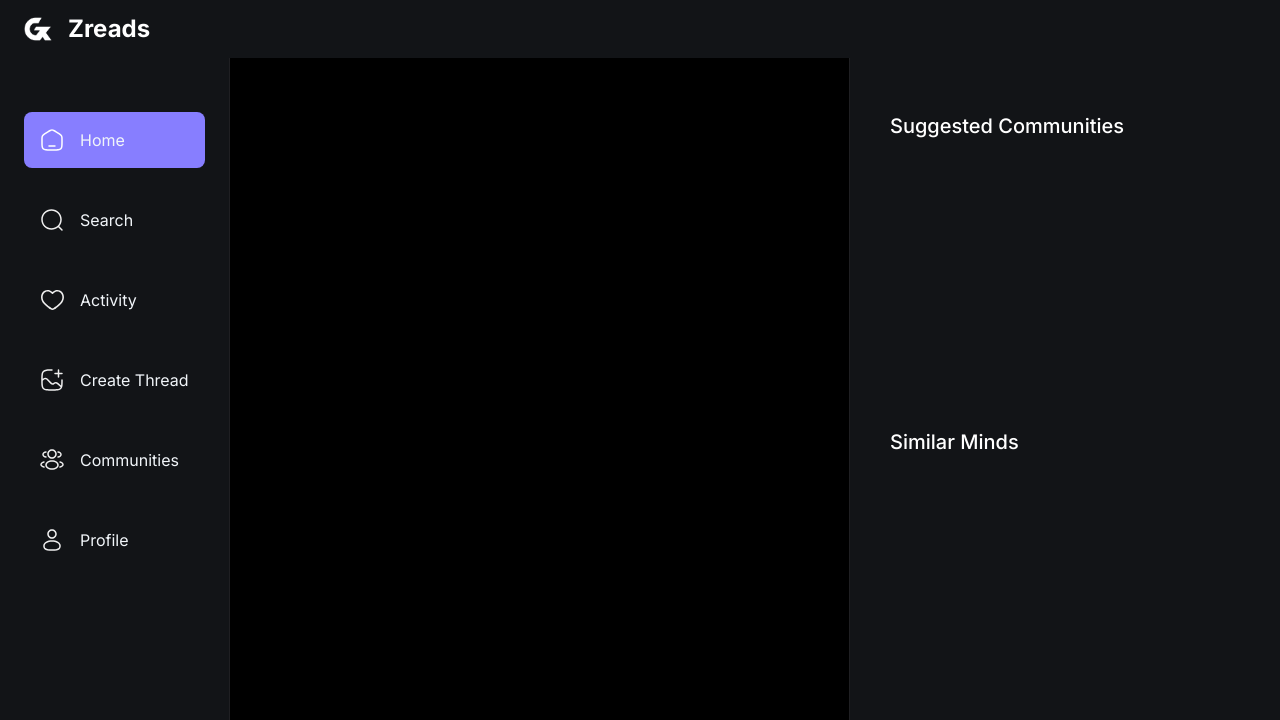
Repository: zecht12/zreads
Page: /
An editor plug-in stored every save of this project. The page is shown before and after the next save, followed by the edit.
The browser window is 1280 px wide. The pictures show the whole page.
The page's requests for data from a server got no answer. The project was rebuilt for these pictures with package versions that can differ from the ones it lists, and the page was loaded fresh each time. Some packages were replaced by stand-ins written for this rebuild. The framework's server and built-in components were replaced by stand-ins that run in the browser. No one was signed in, and anything a server would have sent is missing. Also part of the build but not shown: next.config.js, lib/utils.ts, components/forms/DeleteThread.tsx, components/cards/ThreadCard.tsx, components/ui/button.tsx, components/shared/Pagination.tsx.

Above is the page before, as saved 2023-09-27 20:02:40.

### app/layout.tsx
import './globals.css'
import type { Metadata } from 'next'
import { Inter } from 'next/font/google'

const inter = Inter({ subsets: ['latin'] })

export const metadata: Metadata = {
  title: 'Zreads',
  description: 'Makes day all out',
}

export default function RootLayout({
  children,
}: {
  children: React.ReactNode
}) {
  return (
    <html lang="en">
      <head>
        <link rel="icon"  href="/assets/logo.png" sizes="any" />
      </head>
      <body className={inter.className}>
        {children}
      </body>
    </html>
  )
}

### app/(root)/layout.tsx
import React from "react";
import type { Metadata } from "next";
import { Inter } from "next/font/google";
import { ClerkProvider } from "@clerk/nextjs";
import { dark } from "@clerk/themes";
import "../globals.css";
import Topbar from "@/components/shared/Topbar";
import Leftsidebar from "@/components/shared/Leftsidebar";
import Rightsidebar from "@/components/shared/Rightsidebar";
import Bottombar from "@/components/shared/Bottombar";
import Head from "next/head";
import Favicon from '../favicon.ico';

const inter = Inter({ subsets: ["latin"] });

export const metadata: Metadata = {
  title: "Zreads",
  description: "Make day all out",
  icons: {
    icon: '../favicon.ico',
  },
};

export default function RootLayout({children,}: {children: React.ReactNode;}) {
  return (
    <ClerkProvider appearance={{ baseTheme: dark, }}>
      <html lang='en'>
        <body className={inter.className}>
          <Topbar />
          <main className='flex flex-row'>
            <Leftsidebar />
            <section className='main-container'>
              <div className='w-full max-w-6xl'>
                {children}
              </div>
            </section>
            <Rightsidebar />
          </main>
          <Bottombar />
        </body>
      </html>
    </ClerkProvider>
  );
}

### app/(root)/page.tsx
import { currentUser } from "@clerk/nextjs";
import { redirect } from "next/navigation";

import ThreadCard from "@/components/cards/ThreadCard";
import Pagination from "@/components/shared/Pagination";

import { fetchPosts } from "@/lib/actions/thread.actions";
import { fetchUser } from "@/lib/actions/user.actions";

async function Home({
  searchParams,
}: {
  searchParams: { [key: string]: string | undefined };
}) {
  const user = await currentUser();
  if (!user) return null;

  const userInfo = await fetchUser(user.id);
  if (!userInfo?.onboarded) redirect("/onboarding");

  const result = await fetchPosts(
    searchParams.page ? +searchParams.page : 1,
    30
  );

  return (
    <>
      <h1 className='head-text text-left'>Home</h1>

      <section className='mt-9 flex flex-col gap-10'>
        {result.posts.length === 0 ? (
          <p className='no-result'>No threads found</p>
        ) : (
          <>
            {result.posts.map((post) => (
              <ThreadCard
                key={post._id}
                id={post._id}
                currentUserId={user.id}
                parentId={post.parentId}
                content={post.text}
                author={post.author}
                community={post.community}
                createdAt={post.createdAt}
                comments={post.children}
              />
            ))}
          </>
        )}
      </section>

      <Pagination
        path='/'
        pageNumber={searchParams?.page ? +searchParams.page : 1}
        isNext={result.isNext}
      />
    </>
  );
}

export default Home;

### app/globals.css
    @tailwind base;
    @tailwind components;
    @tailwind utilities;

    @layer components {
    .main-container {
        @apply flex min-h-screen flex-1 flex-col items-center bg-dark-1 px-6 pb-10 pt-28 max-md:pb-32 sm:px-10;
    }
    .head-text {
        @apply text-heading2-bold text-light-1;
    }
    .activity-card {
        @apply flex items-center gap-2 rounded-md bg-dark-2 px-7 py-4;
    }
    .no-result {
        @apply text-center !text-base-regular text-light-3;
    }
    .community-card {
        @apply w-full rounded-lg bg-dark-3 px-4 py-5 sm:w-96;
    }

    .community-card_btn {
        @apply rounded-lg bg-primary-500 px-5 py-1.5 text-small-regular !text-light-1 !important;
    }
    .thread-card_bar {
        @apply relative mt-2 w-0.5 grow rounded-full bg-neutral-800;
    }
    .user-card {
        @apply flex flex-col justify-between gap-4 max-xs:rounded-xl max-xs:bg-dark-3 max-xs:p-4 xs:flex-row xs:items-center;
    }
    .user-card_avatar {
        @apply flex flex-1 items-start justify-start gap-3 xs:items-center;
    }
    .user-card_btn {
        @apply h-auto min-w-[74px] rounded-lg bg-primary-500 text-[12px] text-light-1 !important;
    }
    .searchbar {
        @apply flex gap-1 rounded-lg bg-dark-3 px-4 py-2;
    }
    .searchbar_input {
        @apply border-none bg-dark-3 text-base-regular text-light-4 outline-none !important;
    }
    .topbar {
        @apply fixed top-0 z-30 flex w-full items-center justify-between bg-dark-2 px-6 py-3;
    }
    .bottombar {
        @apply fixed bottom-0 z-10 w-full rounded-t-3xl bg-glassmorphism p-4 backdrop-blur-lg xs:px-7 md:hidden;
    }
    .bottombar_container {
        @apply flex items-center justify-between gap-3 xs:gap-5;
    }
    .bottombar_link {
        @apply relative flex flex-col items-center gap-2 rounded-lg p-2 sm:flex-1 sm:px-2 sm:py-2.5;
    }
    .leftsidebar {
        @apply sticky left-0 top-0 z-20 flex h-screen w-fit flex-col justify-between overflow-auto border-r border-r-dark-4 bg-dark-2 pb-5 pt-28 max-md:hidden;
    }
    .leftsidebar_link {
        @apply relative flex justify-start gap-4 rounded-lg p-4;
    }
    .pagination {
        @apply mt-10 flex w-full items-center justify-center gap-5;
    }
    .rightsidebar {
        @apply sticky right-0 top-0 z-20 flex h-screen w-fit flex-col justify-between gap-12 overflow-auto border-l border-l-dark-4 bg-dark-2 px-10 pb-6 pt-28 max-xl:hidden;
    }
    }
    @layer utilities {
    .css-invert {
        @apply invert-[50%] brightness-200;
    }
    .custom-scrollbar::-webkit-scrollbar {
        width: 3px;
        height: 3px;
        border-radius: 2px;
    }
    .custom-scrollbar::-webkit-scrollbar-track {
        background: #09090a;
    }
    .custom-scrollbar::-webkit-scrollbar-thumb {
        background: #5c5c7b;
        border-radius: 50px;
    }
    .custom-scrollbar::-webkit-scrollbar-thumb:hover {
        background: #7878a3;
    }
    }
    .cl-organizationSwitcherTrigger .cl-userPreview .cl-userPreviewTextContainer {
    @apply max-sm:hidden;
    }
    .cl-organizationSwitcherTrigger
    .cl-organizationPreview
    .cl-organizationPreviewTextContainer {
    @apply max-sm:hidden;
    }
    .tab {
    @apply flex min-h-[50px] flex-1 items-center gap-3 bg-dark-2 text-light-2 data-[state=active]:bg-[#0e0e12] data-[state=active]:text-light-2 !important;
    }
    .no-focus {
    @apply focus-visible:ring-0 focus-visible:ring-transparent focus-visible:ring-offset-0 !important;
    }
    .account-form_image-label {
    @apply flex h-24 w-24 items-center justify-center rounded-full bg-dark-4 !important;
    }
    .account-form_image-input {
    @apply cursor-pointer border-none bg-transparent outline-none file:text-blue !important;
    }
    .account-form_input {
    @apply border border-dark-4 bg-dark-3 text-light-1 !important;
    }
    .comment-form {
    @apply mt-10 flex items-center gap-4 border-y border-y-dark-4 py-5 max-xs:flex-col !important;
    }
    .comment-form_btn {
    @apply rounded-3xl bg-primary-500 px-8 py-2 !text-small-regular text-light-1 max-xs:w-full !important;
    }

### components/shared/Topbar.tsx
import Image from 'next/image'
import Link from 'next/link'
import React from 'react'
import logo from '@/public/assets/logo.png'
import logout from '@/public/assets/logout.svg'
import { dark } from '@clerk/themes'
import { OrganizationSwitcher, SignOutButton, SignedIn } from '@clerk/nextjs'

export default function Topbar() {
    return (
        <nav className='topbar'>
            <div className='flex gap-4 items-center'>
                <Link href="" className='cursor-pointer'>
                    <Image src={logo} alt='Image' width={28} height={28} />
                </Link>
                <p className='text-heading3-bold text-light-1 max-xs:hidden'>Zreads</p>
            </div>
            <div className='flex items-center gap-1'>
                <div className='block md:hidden'>
                    <SignedIn>
                        <SignOutButton>
                            <div className='flex cursor-pointer'>
                                <Image src={logout} alt='logout' width={24} height={24} />
                            </div>
                        </SignOutButton>
                    </SignedIn>
                </div>
                <OrganizationSwitcher
                    appearance={{
                        baseTheme: dark,
                        elements: {
                        organizationSwitcherTrigger: "py-2 px-4",
                        },
                }}/>
            </div>
        </nav>
    )
}

### components/shared/Leftsidebar.tsx
"use client";

import React from 'react'
import { sidebarLinks } from '@/constants'
import Link from 'next/link'
import Image from 'next/image'
import { usePathname, useRouter } from 'next/navigation';
import { OrganizationSwitcher, SignOutButton, SignedIn } from '@clerk/nextjs'
import logout from '@/public/assets/logout.svg'

export default function Leftsidebar() {
    const router = useRouter()
    const pathname = usePathname()

    return (
        <section className='custom-scrollbar leftsidebar'>
            <div className='flex flex-1 flex-col gap-6 px-6 w-full'>
                {sidebarLinks.map((link) => {
                    const isActive = (pathname.includes (link.route) && link.route.length > 1) || pathname === link.route;
                    if (link.route === "/profile") {

                    }
                    return(
                        <Link href={link.route} key={link.label} className={`leftsidebar_link ${isActive && 'bg-primary-500'}`}>
                            <Image src={link.imgURL} alt={link.label} width={24} height={24} />
                            <p className='text-slate-100 max-lg:hidden'>{link.label}</p>
                        </Link>
                    )}
                )}
            </div>
            <div className='mt-10 px-6'>
                <SignedIn>
                    <SignOutButton signOutCallback={() => router.push('/sign-in')}>
                        <div className='flex cursor-pointer gap-4 p-4'>
                            <Image src={logout} alt='logout' width={24} height={24} />
                            <p className='text-light-2 max-lg:hidden'>Logout</p>
                        </div>
                    </SignOutButton>
                </SignedIn>
            </div>
        </section>
    )
}

### components/shared/Rightsidebar.tsx
import { currentUser } from "@clerk/nextjs";

async function RightSidebar() {

    return (
        <section className='custom-scrollbar rightsidebar'>
            <div className='flex flex-1 flex-col justify-start'>
                <h3 className='text-heading4-medium text-light-1'>
                Suggested Communities
                </h3>
                <div className='mt-7 flex w-[350px] flex-col gap-9'>
                </div>
            </div>
            <div className='flex flex-1 flex-col justify-start'>
                <h3 className='text-heading4-medium text-light-1'>Similar Minds</h3>
                <div className='mt-7 flex w-[350px] flex-col gap-10'>
                </div>
            </div>
        </section>
    );
}

export default RightSidebar;

### components/shared/Bottombar.tsx
"use client";

import Image from "next/image";
import Link from "next/link";
import { usePathname } from "next/navigation";

import { sidebarLinks } from "@/constants";

export default function Bottombar() {
    const pathname = usePathname();

    return (
        <section className='bottombar'>
            <div className='bottombar_container'>
                {sidebarLinks.map((link) => {
                    const isActive = (pathname.includes(link.route) && link.route.length > 1) || pathname === link.route;
                    return (
                        <Link href={link.route} key={link.label} className={`bottombar_link ${isActive && "bg-primary-500"}`}>
                            <Image src={link.imgURL} alt={link.label} width={16} height={16} className='object-contain'/>
                            <p className='text-subtle-medium text-light-1 max-sm:hidden'>
                                {link.label.split(/\s+/)[0]}
                            </p>
                        </Link>
                    );
                })}
            </div>
        </section>
    );
}

### lib/actions/user.actions.ts
"use server";

import { FilterQuery, SortOrder } from "mongoose";
import { revalidatePath } from "next/cache";
// import Community from "../models/community.model";
import Thread from "../models/thread.model";
import User from "../models/user.model";
import { connectToDB } from "../mongoose";

export async function fetchUser(userId: string) {
    try {
        connectToDB();

        return await User.findOne({ id: userId }).populate({
        path: "communities",
        // model: Community,
        });
    }
    catch (error: any) {
        throw new Error(`Failed to fetch user: ${error.message}`);
    }
    }

    interface Params {
    userId: string;
    username: string;
    name: string;
    bio: string;
    image: string;
    path: string;
    }

export async function updateUser({userId,bio,name,path,username,image,}: Params): Promise<void> {
    try {
        connectToDB();

        await User.findOneAndUpdate(
        { id: userId },
        {
            username: username.toLowerCase(),
            name,
            bio,
            image,
            onboarded: true,
        },
        { upsert: true }
        );

        if (path === "/profile/edit") {
        revalidatePath(path);
        }
    } catch (error: any) {
        throw new Error(`Failed to create/update user: ${error.message}`);
    }
    }

    export async function fetchUserPosts(userId: string) {
    try {
        connectToDB();
        const threads = await User.findOne({ id: userId }).populate({
        path: "threads",
        model: Thread,
        populate: [
            {
            path: "community",
            // model: Community,
            select: "name id image _id",
            },
            {
            path: "children",
            model: Thread,
            populate: {
                path: "author",
                model: User,
                select: "name image id",
            },
            },
        ],
        });
        return threads;
    } catch (error) {
        console.error("Error fetching user threads:", error);
        throw error;
    }
    }
    export async function fetchUsers({
    userId,
    searchString = "",
    pageNumber = 1,
    pageSize = 20,
    sortBy = "desc",
    }: {
    userId: string;
    searchString?: string;
    pageNumber?: number;
    pageSize?: number;
    sortBy?: SortOrder;
    }) {
    try {
        connectToDB();
        const skipAmount = (pageNumber - 1) * pageSize;
        const regex = new RegExp(searchString, "i");
        const query: FilterQuery<typeof User> = {
        id: { $ne: userId },
        };
        if (searchString.trim() !== "") {
        query.$or = [
            { username: { $regex: regex } },
            { name: { $regex: regex } },
        ];
        }
        const sortOptions = { createdAt: sortBy };
        const usersQuery = User.find(query)
        .sort(sortOptions)
        .skip(skipAmount)
        .limit(pageSize);
        const totalUsersCount = await User.countDocuments(query);
        const users = await usersQuery.exec();
        const isNext = totalUsersCount > skipAmount + users.length;
        return { users, isNext };
    } catch (error) {
        console.error("Error fetching users:", error);
        throw error;
    }
    }

    export async function getActivity(userId: string) {
    try {
        connectToDB();
        const userThreads = await Thread.find({ author: userId });
        const childThreadIds = userThreads.reduce((acc, userThread) => {
        return acc.concat(userThread.children);
        }, []);
        const replies = await Thread.find({
        _id: { $in: childThreadIds },
        author: { $ne: userId },
        }).populate({
        path: "author",
        model: User,
        select: "name image _id",
        });
        return replies;
    } catch (error) {
        console.error("Error fetching replies: ", error);
        throw error;
    }
}

### lib/mongoose.ts
import mongoose from "mongoose";

let isConnected = false;

export const connectToDB = async () => {
    mongoose.set("strictQuery", true);
    if (!process.env.MONGODB_URL) return console.log("Missing MongoDB URL");
    if (isConnected) {
        console.log("MongoDB connection already established");
        return;
    }
    try {
        await mongoose.connect(process.env.MONGODB_URL);
        isConnected = true;
        console.log("MongoDB connected");
    } catch (error) {
        console.log(error);
    }
};

### lib/models/user.model.ts
import mongoose from "mongoose";

const userSchema = new mongoose.Schema({
    id: {
        type: String,
        required: true,
    },
    username: {
        type: String,
        unique: true,
        required: true,
    },
    name: {
        type: String,
        required: true,
    },
    image: String,
    bio: String,
    threads: [
        {
        type: mongoose.Schema.Types.ObjectId,
        ref: "Thread",
        },
    ],
    onboarded: {
        type: Boolean,
        default: false,
    },
    communities: [
        {
        type: mongoose.Schema.Types.ObjectId,
        ref: "Community",
        },
    ],
});

const User = mongoose.models.User || mongoose.model("User", userSchema);

export default User;

### lib/models/thread.model.ts
import mongoose from "mongoose";

const threadSchema = new mongoose.Schema({
    text: {
        type: String,
        required: true,
        },
        author: {
            type: mongoose.Schema.Types.ObjectId,
            ref: "User",
            required: true,
        },
        community: {
            type: mongoose.Schema.Types.ObjectId,
            ref: "Community",
        },
        createdAt: {
            type: Date,
            default: Date.now,
        },
        parentId: {
            type: String,
        },
        children: [
        {
            type: mongoose.Schema.Types.ObjectId,
            ref: "Thread",
        },
    ],
});

const Thread = mongoose.models.Thread || mongoose.model("Thread", threadSchema);

export default Thread;

Loaded but not shown: tailwind.config.ts (common file); constants/index.js (44 lines, source omitted); lib/actions/thread.actions.ts (206 lines, source omitted)

After the next save:
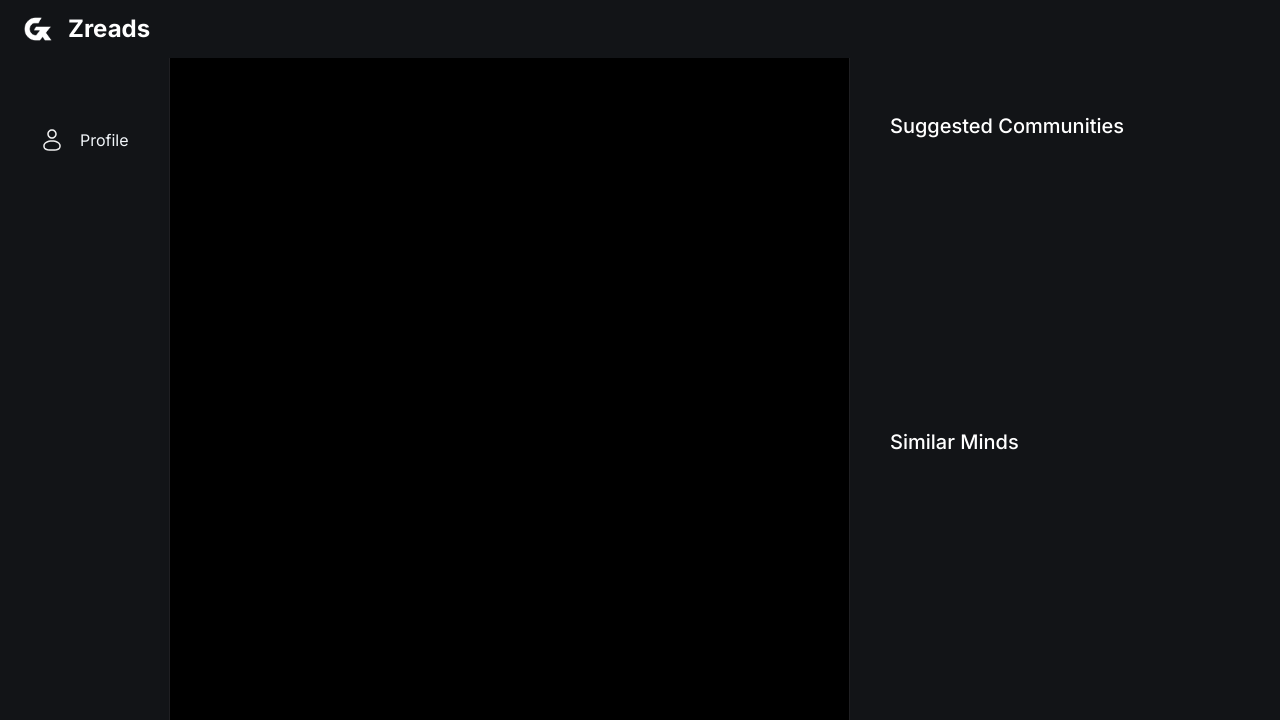
Saved 41 s later.
--- a/components/shared/Leftsidebar.tsx
+++ b/components/shared/Leftsidebar.tsx
@@ -17,9 +17,7 @@
             <div className='flex flex-1 flex-col gap-6 px-6 w-full'>
                 {sidebarLinks.map((link) => {
                     const isActive = (pathname.includes (link.route) && link.route.length > 1) || pathname === link.route;
-                    if (link.route === "/profile") {
-
-                    }
+                    if (link.route === "/profile")
                     return(
                         <Link href={link.route} key={link.label} className={`leftsidebar_link ${isActive && 'bg-primary-500'}`}>
                             <Image src={link.imgURL} alt={link.label} width={24} height={24} />

After the 2 saves that followed:
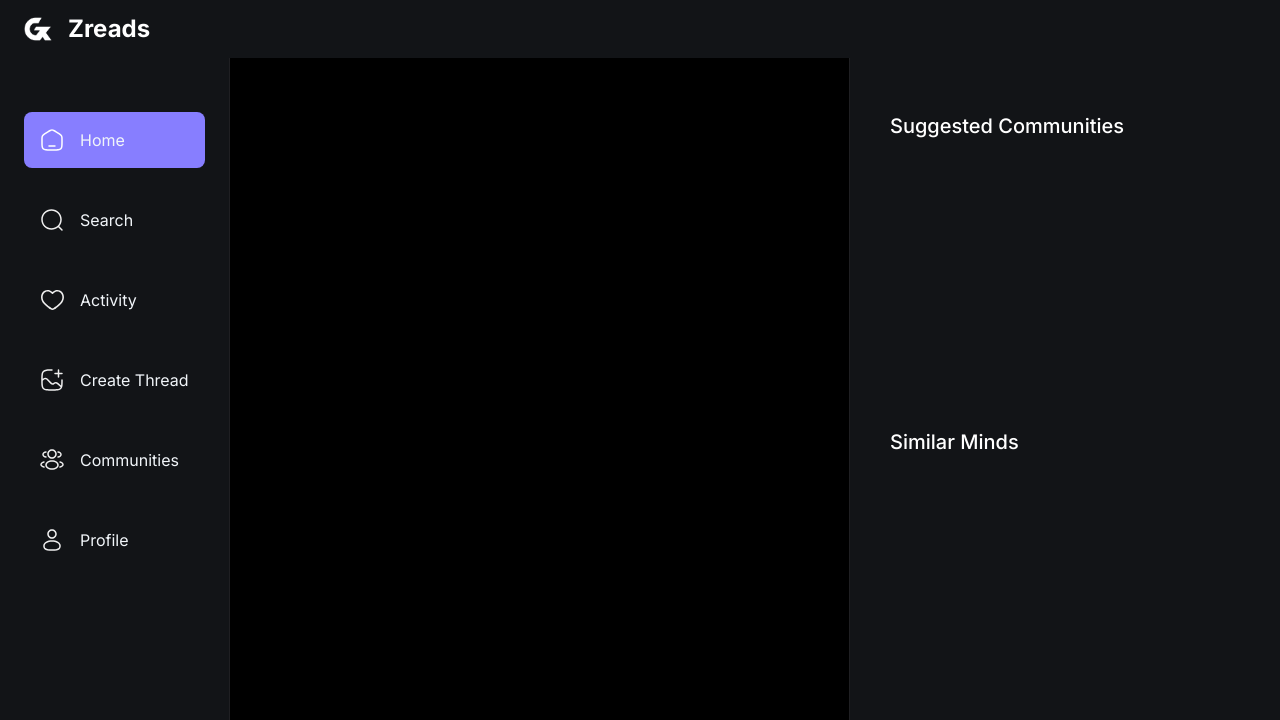
The 2 saves are shown as one change because they came seconds apart.
The last was saved 6 s later.
--- a/components/shared/Leftsidebar.tsx
+++ b/components/shared/Leftsidebar.tsx
@@ -17,7 +17,7 @@
             <div className='flex flex-1 flex-col gap-6 px-6 w-full'>
                 {sidebarLinks.map((link) => {
                     const isActive = (pathname.includes (link.route) && link.route.length > 1) || pathname === link.route;
-                    if (link.route === "/profile")
+                    if (link.route === "/profile") link.route
                     return(
                         <Link href={link.route} key={link.label} className={`leftsidebar_link ${isActive && 'bg-primary-500'}`}>
                             <Image src={link.imgURL} alt={link.label} width={24} height={24} />
